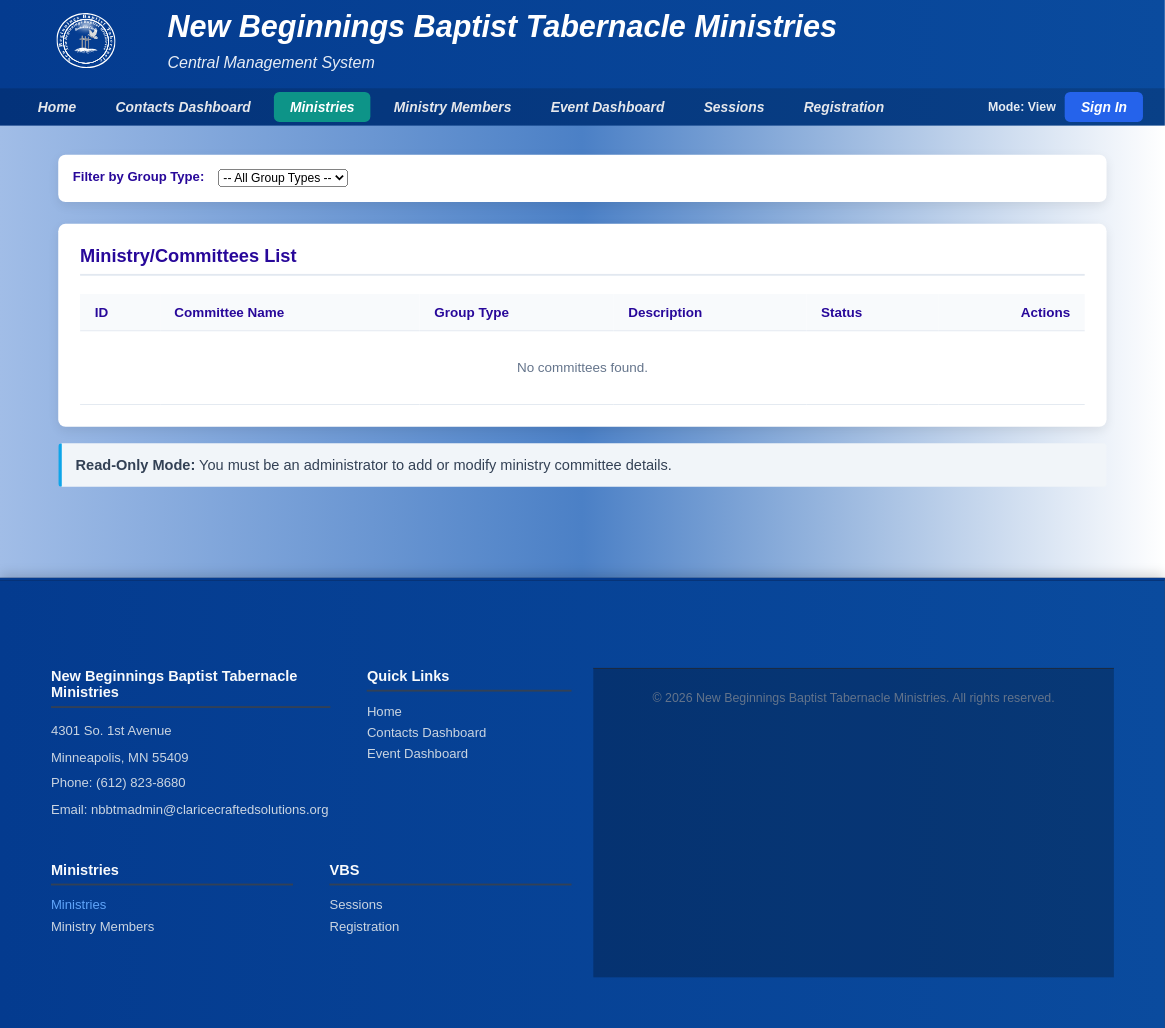
Repository: scherron56/nbbtm-central-cms
Page: http://localhost/ministry_manager.php
An editor plug-in stored every save of this project. The page is shown before and after the next save, followed by the edit.
The browser window is 1280 px wide. The pictures show the whole page, at 91% of full size.
Some web fonts or font styles are not loaded; a fallback is used. The page is run by PHP 8.4 with error messages shown; the project is at /var/www/html/. Queries for data that is not in the repository find no rows.

Above is the page before, as saved 2026-08-19 13:39:05.

After the next save:
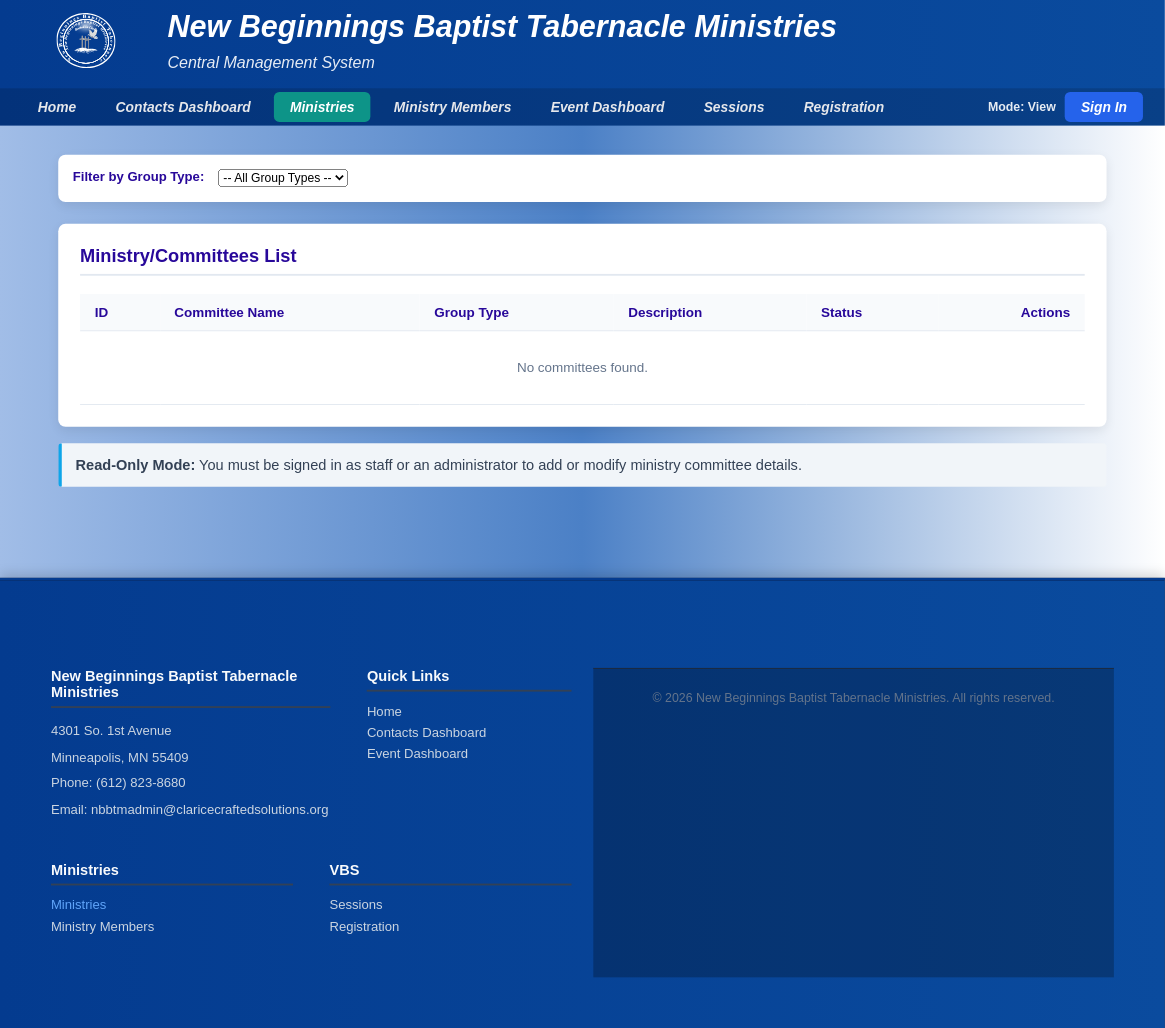
Saved 54 s later.
--- a/ministry_manager.php
+++ b/ministry_manager.php
@@ -12,7 +12,7 @@ if (session_status() === PHP_SESSION_NONE) {
 
 // Require auth helper
 require_once __DIR__ . '/include/auth.php';
-$adminUser = isAdmin();
+$canEdit = canEdit();
 ?>
 <!DOCTYPE html>
 <html lang="en">
@@ -69,7 +69,7 @@ $adminUser = isAdmin();
 
   <script>
     $(document).ready(function() {
-      const IS_ADMIN = <?php echo $adminUser ? 'true' : 'false'; ?>;
+      const CAN_EDIT = <?php echo $canEdit ? 'true' : 'false'; ?>;
       const filterSelect = $('#filter_type');
       const formTypeSelect = $('#min_comm_type_id');
       const clearFilterBtn = $('#clear_filter_btn');
@@ -181,9 +181,9 @@ $adminUser = isAdmin();
             const badgeText = row.is_active == 1 ? 'Active' : 'Inactive';
             const shortDesc = row.description ? escapeHtml(row.description).substring(0, 50) + (row.description.length > 50 ? '...' : '') : '';
 
-            // Generate view button for all roles, but restrict Edit/Delete to Admin
+            // Generate view button for all roles, Edit/Delete for editors
             let viewBtn = `<a href="#" class="link-btn view-btn" data-id="${row.min_comm_id}">View</a>`;
-            let actionsHtml = IS_ADMIN ? `
+            let actionsHtml = CAN_EDIT ? `
               ${viewBtn} |
               <a href="#" class="link-btn edit-btn" data-id="${row.min_comm_id}">Edit</a> |
               <a href="#" class="link-btn delete-btn" style="color: #dc2626;" data-id="${row.min_comm_id}">Delete</a>
@@ -239,7 +239,6 @@ $adminUser = isAdmin();
         $('#view-details-modal').addClass('hidden');
       });
 
-      // Close Modal if user clicks completely outside of the content box
       $('#view-details-modal').on('click', function(e) {
         if (e.target === this) {
           $(this).addClass('hidden');
@@ -249,6 +248,7 @@ $adminUser = isAdmin();
       // 6. Form Submit (Save / Update)
       ministryForm.on('submit', function(e) {
         e.preventDefault();
+        if (!CAN_EDIT) return;
         clearStatusMessage();
 
         let formData = new FormData(this);
@@ -279,7 +279,7 @@ $adminUser = isAdmin();
       // 7. Edit Click
       tableBody.on('click', '.edit-btn', function(e) {
         e.preventDefault();
-        if (!IS_ADMIN) return;
+        if (!CAN_EDIT) return;
         clearStatusMessage();
 
         const id = $(this).data('id');
@@ -312,7 +312,7 @@ $adminUser = isAdmin();
       // 8. Delete Click
       tableBody.on('click', '.delete-btn', function(e) {
         e.preventDefault();
-        if (!IS_ADMIN) return;
+        if (!CAN_EDIT) return;
         clearStatusMessage();
 
         if (confirm('Are you sure you want to delete this committee?')) {
@@ -397,7 +397,7 @@ $adminUser = isAdmin();
 
     <br>
 
-    <?php if ($adminUser): ?>
+    <?php if ($canEdit): ?>
       <!-- ENTRY / EDIT FORM -->
       <form id="ministryForm">
         <input type="hidden" id="min_comm_id" name="min_comm_id" value="">
@@ -443,7 +443,7 @@ $adminUser = isAdmin();
       </form>
     <?php else: ?>
       <div class="read-only-banner">
-        <strong>Read-Only Mode:</strong> You must be an administrator to add or modify ministry committee details.
+        <strong>Read-Only Mode:</strong> You must be signed in as staff or an administrator to add or modify ministry committee details.
       </div>
     <?php endif; ?>
 
